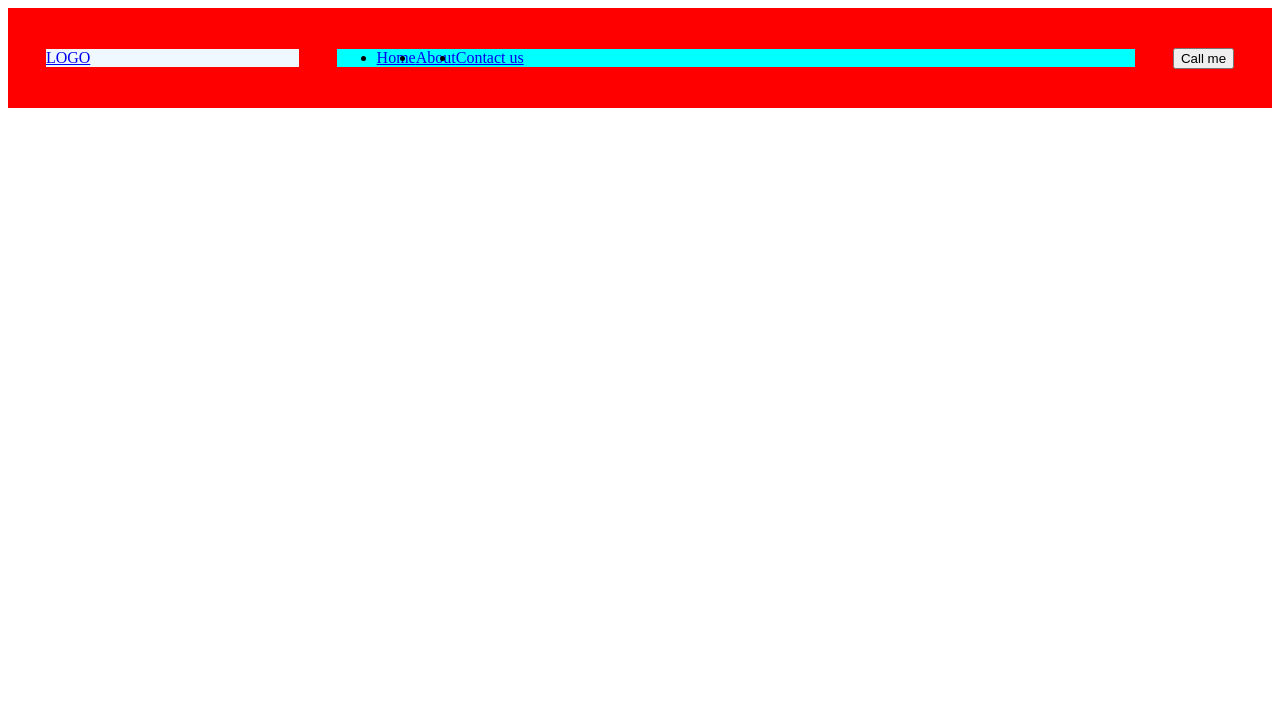
Repository: latenightsnacc/HTML-LESSONS
Page: WEB-DESIGN-2/lessons/flexlayout.html
These files come from the project's save history. The page is drawn as it stood at one moment and after the next save; the edit follows.
The browser window is 1280 px wide. The pictures show the whole page.

Above is the page before, as saved 2021-09-24 15:37:30.

After the next save:
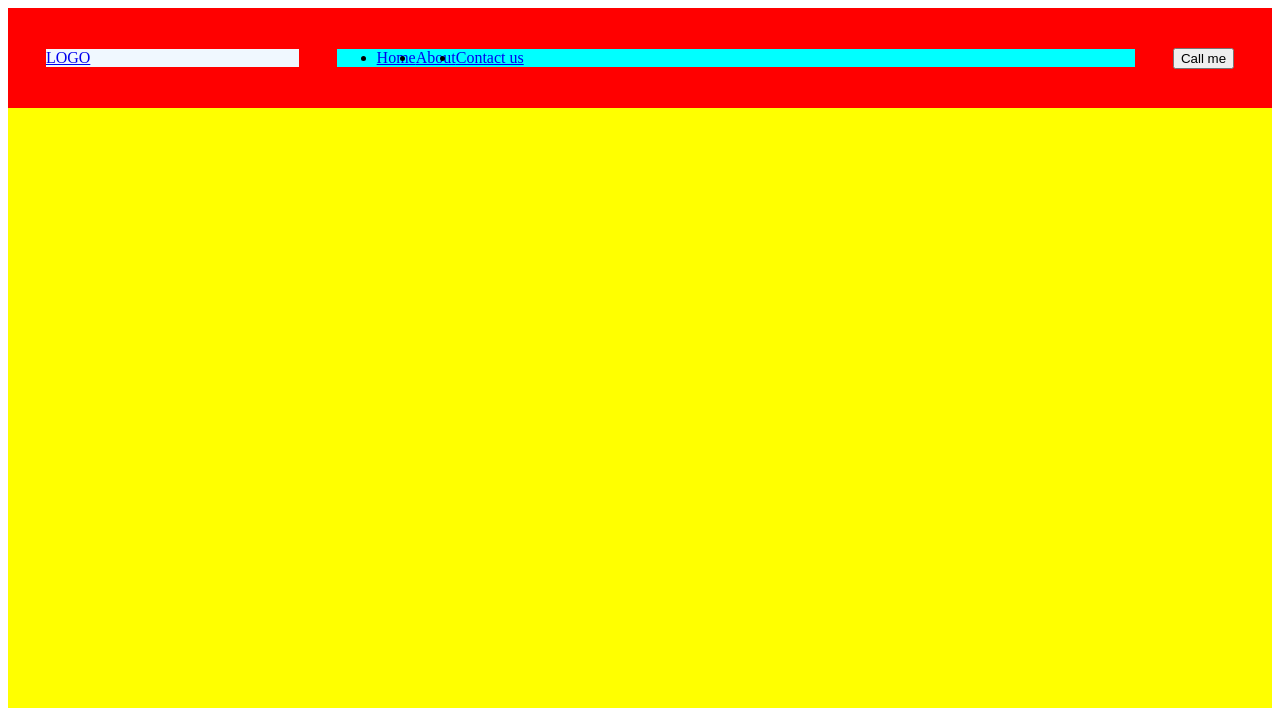
Saved 26 s later.
--- a/WEB-DESIGN-2/lessons/flexlayout.html
+++ b/WEB-DESIGN-2/lessons/flexlayout.html
@@ -22,6 +22,10 @@
         .logo {
             background-color: aliceblue;
             width: 20%;
+        }
+        .col {
+            height: 300px;
+            background-color: yellow;
         }
     </style>
 </head>

After the 2 saves that followed:
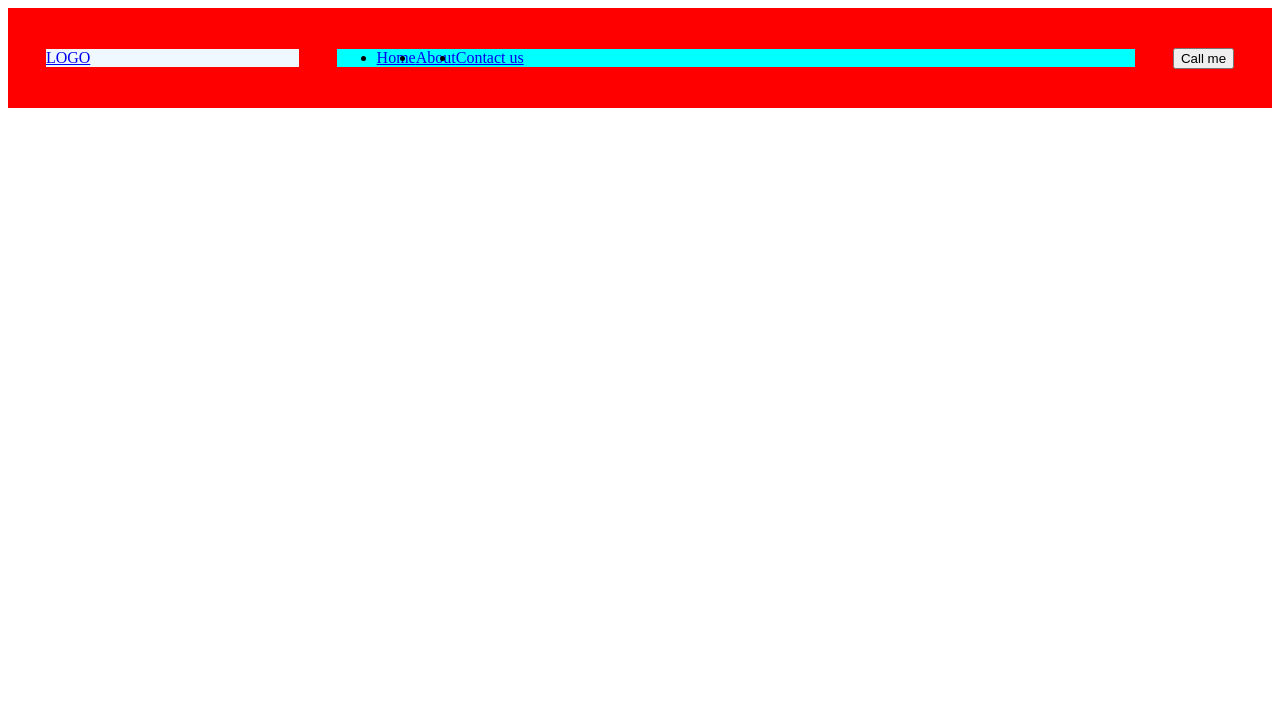
The 2 saves are shown as one change because they came seconds apart.
The last was saved 24 s later.
--- a/WEB-DESIGN-2/lessons/flexlayout.html
+++ b/WEB-DESIGN-2/lessons/flexlayout.html
@@ -22,6 +22,9 @@
         .logo {
             background-color: aliceblue;
             width: 20%;
+        }
+        .row {
+            display: flex;
         }
         .col {
             height: 300px;
